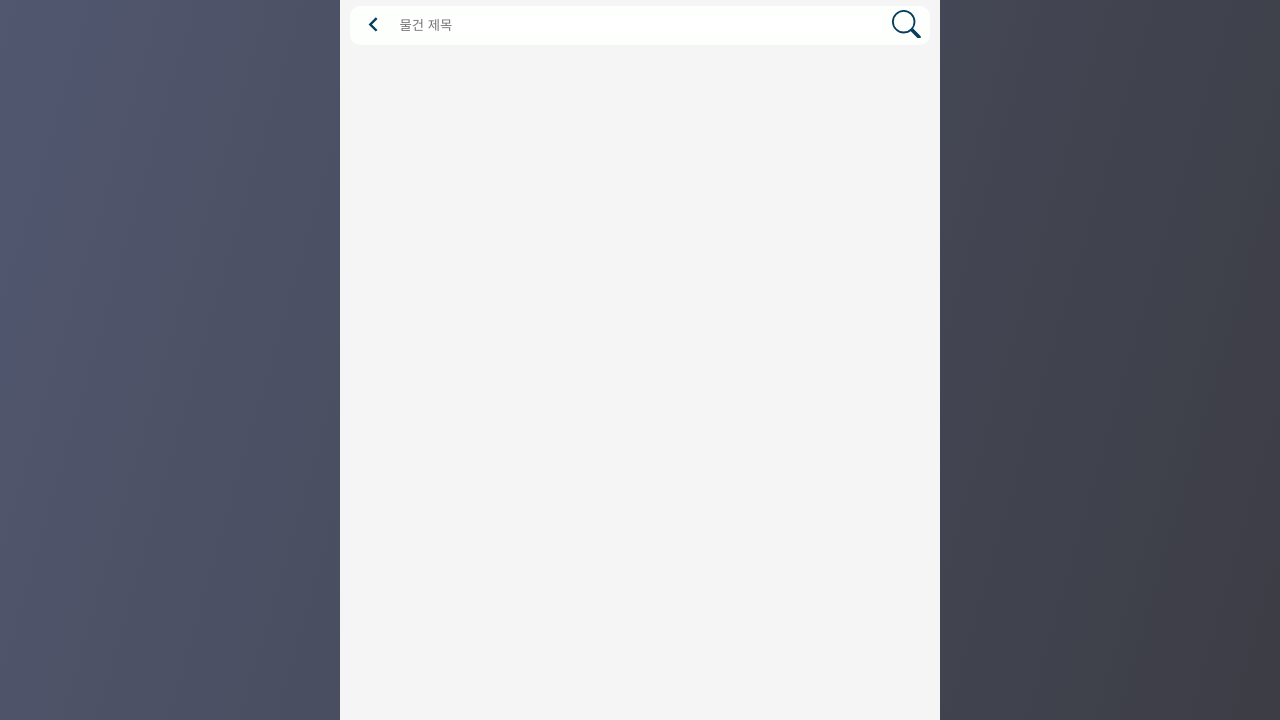
Repository: SeungYn/hanium
Page: /trade/search
The author's editor kept a copy of each file at every save. The page is drawn from the files as they stood at one save, then again after the next save.
The browser window is 1280 px wide. The pictures show the whole page.
The project was rebuilt for these pictures with package versions that can differ from the ones it lists, and the page was loaded fresh each time. Also part of the build but not shown: src/App.css, src/components/Chat/ChatHeader/ChatHeader.module.css, src/components/Chat/ChatHeader/ChatHeader.jsx, src/components/Chat/ChatPeoples/ChatPeoples.jsx, src/components/Chat/ChatSideBar/ChatSideBar.module.css, src/components/Chat/ChatSideBar/ChatSideBar.jsx, src/components/ReadPopup/ReadPopup.module.css, src/components/ReadPopup/ReadPopup.jsx and 38 more.

Above is the page before, as saved 2022-11-21 20:29:21.

After the next save:
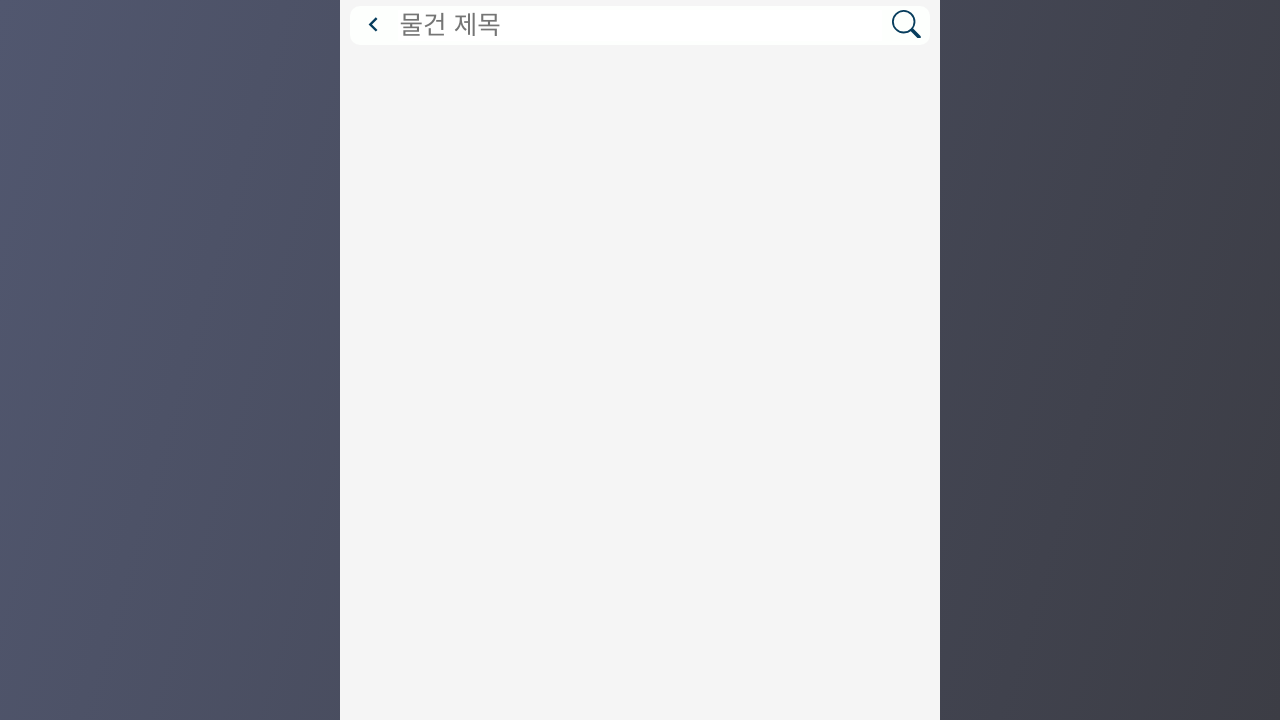
Saved 16 s later.
--- a/src/pages/TradeSearchPage/TradeSearchPage.module.css
+++ b/src/pages/TradeSearchPage/TradeSearchPage.module.css
@@ -10,4 +10,5 @@
 .inputText {
   width: 100%;
   border: none;
+  font-size: var(--font-size-small-large);
 }
